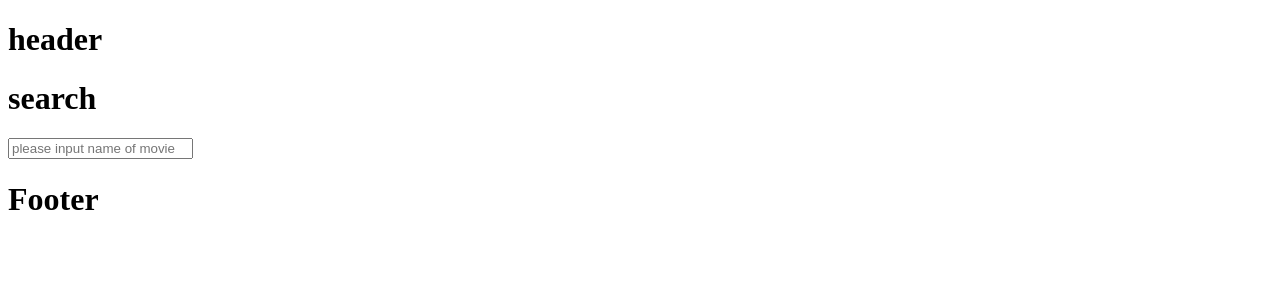
Repository: atefshamsi/atef-250-film
Page: /search
The author's editor kept a copy of each file at every save. The page is drawn from the files as they stood at one save, then again after the next save.
The browser window is 1280 px wide. The pictures show the whole page.
The project was rebuilt for these pictures with package versions that can differ from the ones it lists, and the page was loaded fresh each time. Also part of the build but not shown: vite.config.js, src/global.css.

Above is the page before, as saved 2025-11-13 14:45:32.

### index.html
<!doctype html>
<html lang="en">
  <head>
    <meta charset="UTF-8" />
    <link rel="icon" type="image/svg+xml" href="/vite.svg" />
    <meta name="viewport" content="width=device-width, initial-scale=1.0" />
    <title>atef-250-film</title>
  </head>
  <body>
    <div id="root"></div>
    <script type="module" src="/src/main.jsx"></script>
  </body>
</html>

### src/main.jsx
import { createRoot } from 'react-dom/client';
import Router from './components/router.jsx';
import './global.css';
import { ConfigProvider } from 'antd';

createRoot(document.getElementById('root')).render(
  <ConfigProvider
    theme={{
      token: {
        colorPrimary: '#ebc853ff',
        borderRadius: 10,
      },
    }}
  >
    <Router />
  </ConfigProvider>
);

### src/components/router.jsx
import { BrowserRouter, Routes, Route } from 'react-router-dom';
import { PrimaryLayout } from './layouts/primary-layout';
import { lazy } from 'react';

const HomePage = lazy(() => import('../pages/home-page'));
const SearchPage = lazy(() => import('../pages/search'));
export default function Router() {
  return (
    <BrowserRouter>
      <Routes>
        <Route element={<PrimaryLayout />}>
          <Route index path="/" element={<HomePage />} />
          <Route index path="/search" element={<SearchPage />} />
        </Route>
      </Routes>
    </BrowserRouter>
  );
}

### src/components/layouts/primary-layout/index.jsx
export { PrimaryLayout } from './primary-layout';

### src/pages/search.jsx
import { Fragment, useEffect, useState } from 'react';
import { apiInstance } from '../utils/api';
import { useSearchParams, createSearchParams } from 'react-router-dom';

export default function SearchPage() {
  const [searchParams, setSearchParams] = useSearchParams();
  const [foundedMovies, setFoundedMovies] = useState({
    data: [],
    metadata: {
      current_page: '1',
      per_page: 1,
      page_count: 1,
      total_count: 1,
    },
  });
  const q = searchParams.get('q') ?? '';
  async function getApi(value) {
    try {
      const response = await apiInstance.get('movies', {
        params: {
          q: value,
        },
      });
      setFoundedMovies(response.data);
      setSearchParams(createSearchParams({ q: value }));
    } catch (e) {}
  }
  async function onChange(e) {
    getApi(e.target.value);
  }
  useEffect(function () {
    if (q !== '') getApi(q);
  }, []);
  return (
    <Fragment>
      <h1>search</h1>
      <input onChange={onChange} placeholder="please input name of movie" />
      {foundedMovies.data.map(({ title, poster }) => {
        return (
          <Fragment>
            {' '}
            <h2>{title}</h2>;
            <img style={{ maxWidth: '100px' }} src={poster} />
          </Fragment>
        );
      })}
    </Fragment>
  );
}

### src/components/layouts/primary-layout/primary-layout.jsx
import { Fragment } from 'react';
import { Header } from './header';
import { Footer } from './footer';
import { Outlet } from 'react-router-dom';

export function PrimaryLayout() {
  return (
    <Fragment>
      <Header />
      <Outlet />
      <Footer />
    </Fragment>
  );
}

### src/utils/api.js
import axios from 'axios';

export const apiInstance = axios.create({
  baseURL: 'https://moviesapi.codingfront.dev/api/v1/',
});

### src/components/layouts/primary-layout/header.jsx
import { Fragment } from 'react';

export function Header() {
  return (
    <Fragment>
      <h1>header</h1>
    </Fragment>
  );
}

### src/components/layouts/primary-layout/footer.jsx
import { Fragment } from 'react';

export function Footer() {
  return (
    <Fragment>
      <h1>Footer</h1>
    </Fragment>
  );
}

After the next save:
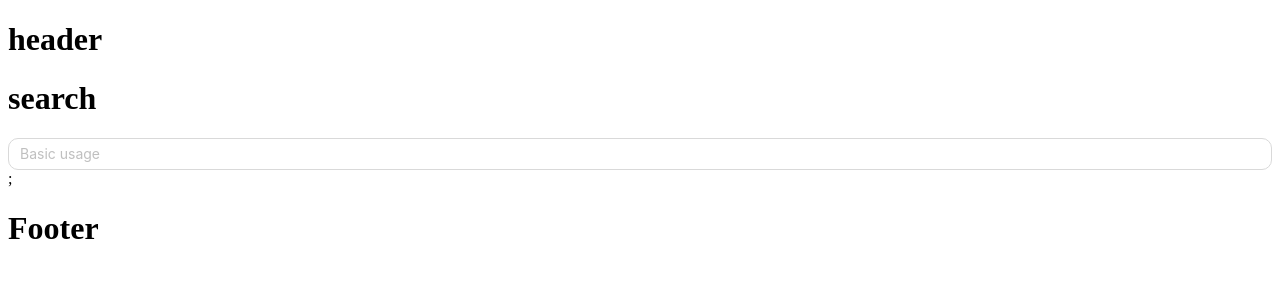
Saved 13 min 48 s later.
--- a/src/pages/search.jsx
+++ b/src/pages/search.jsx
@@ -1,6 +1,7 @@
 import { Fragment, useEffect, useState } from 'react';
 import { apiInstance } from '../utils/api';
 import { useSearchParams, createSearchParams } from 'react-router-dom';
+import { Input } from 'antd';
 
 export default function SearchPage() {
   const [searchParams, setSearchParams] = useSearchParams();
@@ -34,7 +35,7 @@ export default function SearchPage() {
   return (
     <Fragment>
       <h1>search</h1>
-      <input onChange={onChange} placeholder="please input name of movie" />
+      <Input onPressEnter={onChange} placeholder="Basic usage" />;
       {foundedMovies.data.map(({ title, poster }) => {
         return (
           <Fragment>
